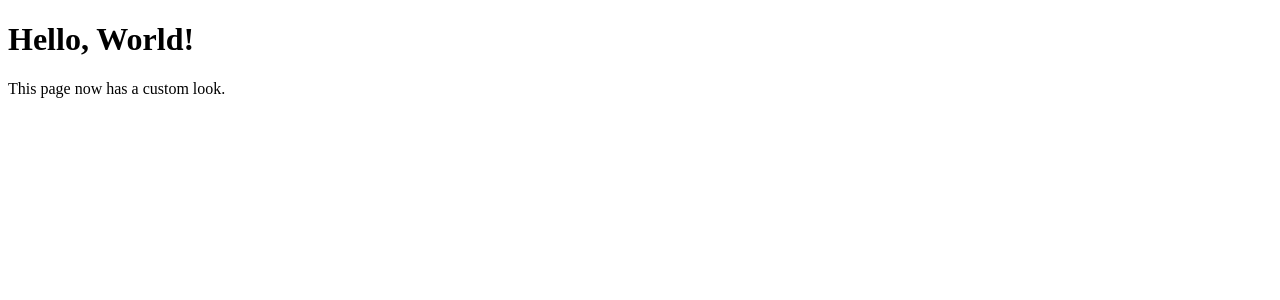
Repository: cameron-mendoza21/Game-Awards24-Fun
Page: http://localhost/
These files come from the project's save history. The page is drawn as it stood at one moment and after the next save; the edit follows.
The browser window is 1280 px wide. The pictures show the whole page.
The page is served by the project's Node server (index.js).

Above is the page before, as saved 2024-11-19 22:04:47.

### views/index.ejs
<!DOCTYPE html>
<html lang="en">
<head>
    <meta charset="UTF-8">
    <meta name="viewport" content="width=device-width, initial-scale=1.0">
    <title><%= title %></title>
    <link href="https://fonts.googleapis.com/css2?family=Roboto:wght@400;700&display=swap" rel="stylesheet">

</head>
<body>
    <div class="container">
        <h1><%= message %></h1>
        <p>This page now has a custom look.</p>
    </div>
</body>
</html>

### index.js
const express = require('express');
const app = express();
const port = 3000;

// Set the view engine to EJS
app.set('view engine', 'ejs');

app.get('/', (req, res) => {
    res.render('index', { title: 'Game Awards Gamblin', message: 'Hello, World!' });
});


app.use(express.static('views'));

app.listen(port, () => {
    console.log(`App is running at http://localhost:${port}`);
});

After the next save:
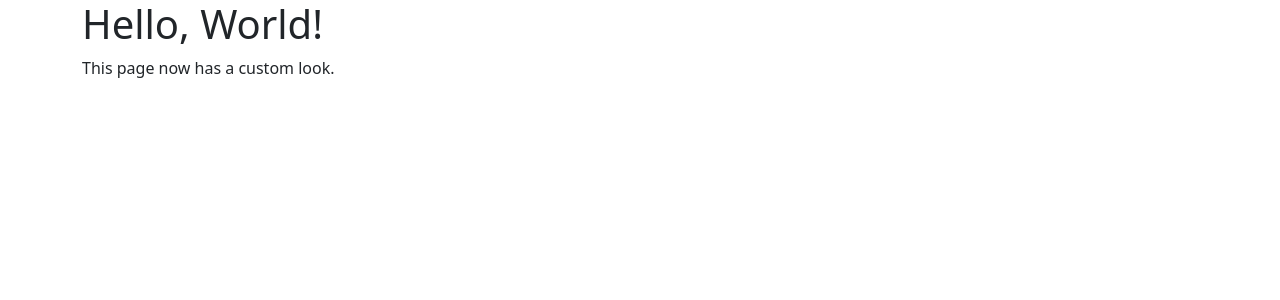
Saved 33 s later.
--- a/views/index.ejs
+++ b/views/index.ejs
@@ -4,7 +4,9 @@
     <meta charset="UTF-8">
     <meta name="viewport" content="width=device-width, initial-scale=1.0">
     <title><%= title %></title>
-    <link href="https://fonts.googleapis.com/css2?family=Roboto:wght@400;700&display=swap" rel="stylesheet">
+    <!-- Bootstrap CSS -->
+    <link href="https://cdn.jsdelivr.net/npm/bootstrap@5.3.0/dist/css/bootstrap.min.css" rel="stylesheet">
+
 
 </head>
 <body>
